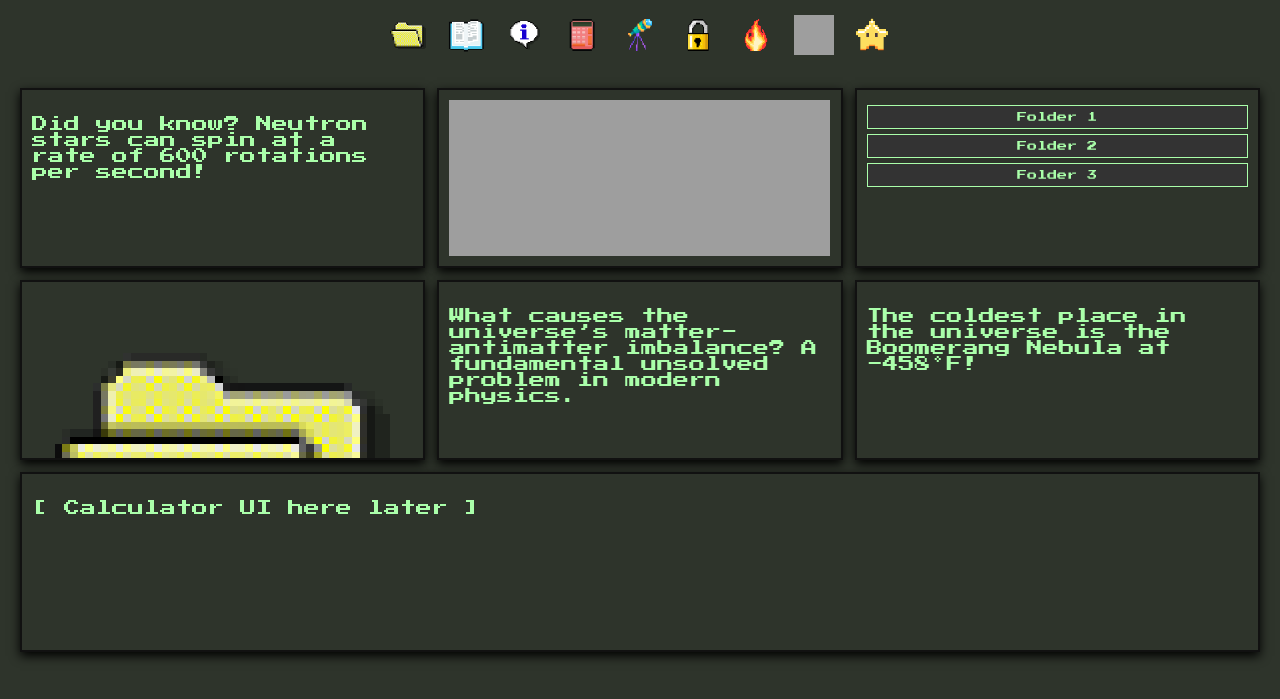
Repository: scarfer14/CCPHYS2L_Project
Page: /dashboard
These files come from the project's save history. The page is drawn as it stood at one moment and after the next save; the edit follows.
The browser window is 1280 px wide. The pictures show the whole page.
Pictures or frames that could not be fetched are drawn as grey boxes. The project was rebuilt for these pictures with package versions that can differ from the ones it lists, and the page was loaded fresh each time. Also part of the build but not shown: vite.config.js, src/astartsc/start.jsx.

Above is the page before, as saved 2025-05-28 21:07:57.

After the next save:
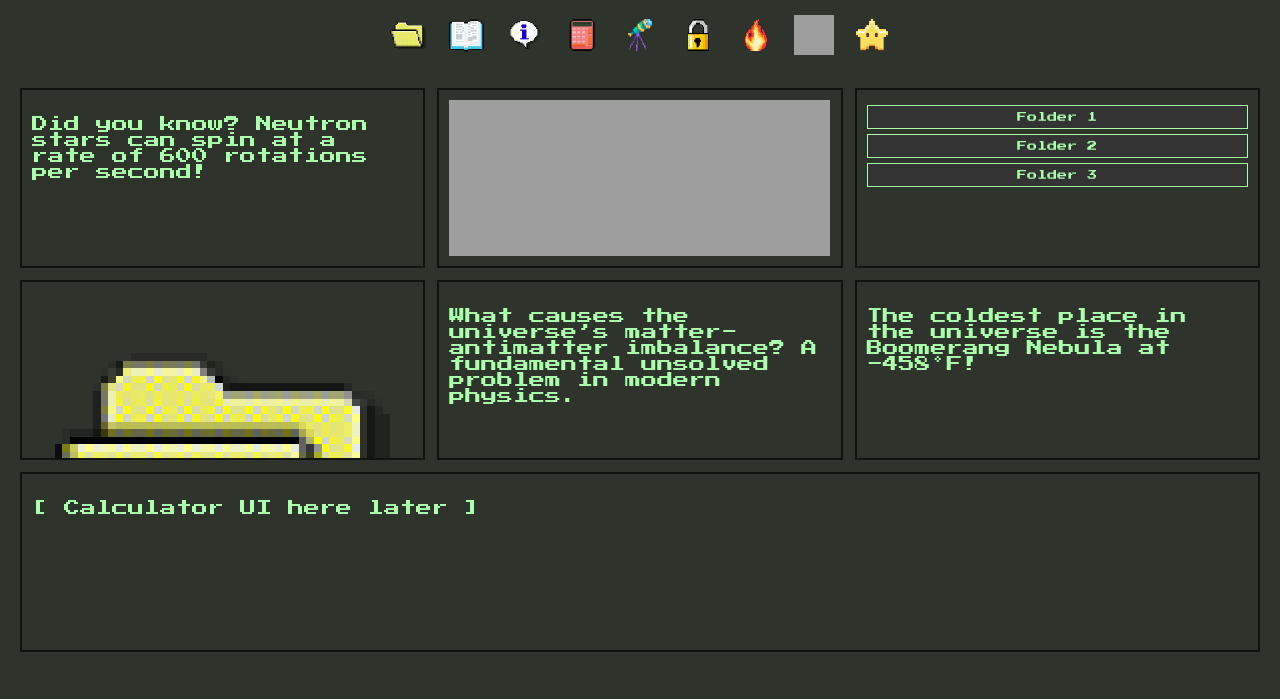
Saved 22 s later.
--- a/src/bdashsc/dashbody.css
+++ b/src/bdashsc/dashbody.css
@@ -10,7 +10,6 @@
 .tab {
   background-color: #2e342b;
   border: 2px solid #111;
-  box-shadow: 0 4px 10px #000;
   color: #aaffaa;
   font-family: 'Press Start 2P', monospace;
   padding: 10px;
